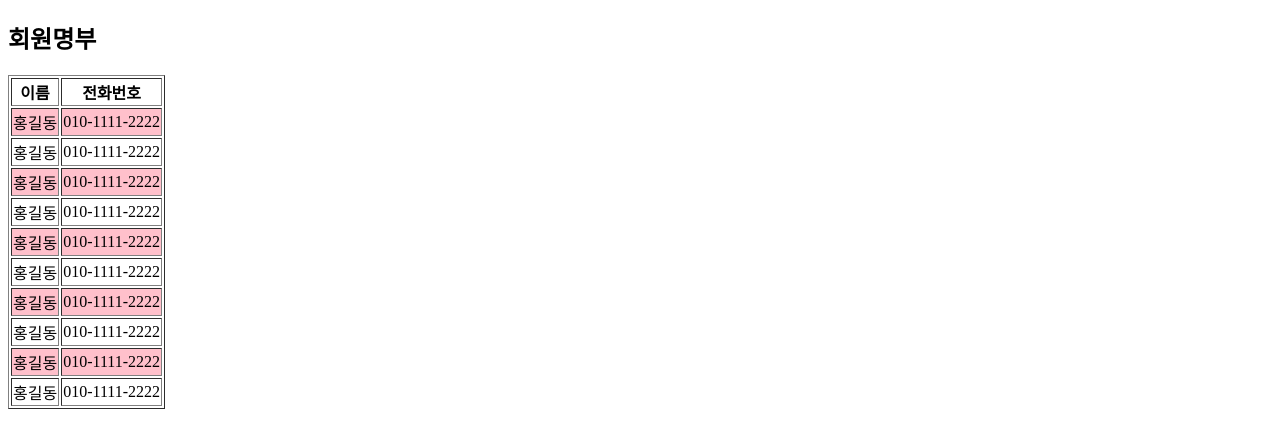
Repository: dhfkdlxm/Lecture-Web
Page: Lecture-Web/WebContent/jquery/exam04.html
The author's editor kept a copy of each file at every save. The page is drawn from the files as they stood at one save, then again after the next save.
The browser window is 1280 px wide. The pictures show the whole page.

Above is the page before, as saved 2021-06-17 00:46:56.

### Lecture-Web/WebContent/jquery/exam04.html
<!DOCTYPE html>
<html>
<head>
<meta charset="UTF-8">
<title>Insert title here</title>
<script type="text/javascript" src="js/jquery-3.6.0.min.js"></script>
<script type="text/javascript">
	$(document).ready(function() {
		alert('!!!')
		//		$('tr').css('background-color', 'yellow')
		//		$('tr:even').css('background-color', 'yellow') // 짝수만!
		$('tr:odd').css('background-color', 'pink') // 홀수만!
		//짝수번째 애들에게 배경색을 주고싶다. : css에서 n-th child 로 진행
		//CSS 우선순위 순서 inline >> css !important
		// h1 #h01 .h01 h2.h01
		//css우선순위! id >> class >> tag

		$('h2').mouseenter()

	})
</script>
</head>
<body>
	<h2>회원명부</h2>
	<table border="1">
		<tr>
			<th>이름</th>
			<th>전화번호</th>
		</tr>
		<tr>
			<td>홍길동</td>
			<td>010-1111-2222</td>
		</tr>
		<tr>
			<td>홍길동</td>
			<td>010-1111-2222</td>
		</tr>
		<tr>
			<td>홍길동</td>
			<td>010-1111-2222</td>
		</tr>
		<tr>
			<td>홍길동</td>
			<td>010-1111-2222</td>
		</tr>
		<tr>
			<td>홍길동</td>
			<td>010-1111-2222</td>
		</tr>
		<tr>
			<td>홍길동</td>
			<td>010-1111-2222</td>
		</tr>
		<tr>
			<td>홍길동</td>
			<td>010-1111-2222</td>
		</tr>
		<tr>
			<td>홍길동</td>
			<td>010-1111-2222</td>
		</tr>
		<tr>
			<td>홍길동</td>
			<td>010-1111-2222</td>
		</tr>
		<tr>
			<td>홍길동</td>
			<td>010-1111-2222</td>
		</tr>


	</table>


</body>
</html>

Loaded but not shown: Lecture-Web/WebContent/jquery/js/jquery-3.6.0.min.js (library)

After the next save:
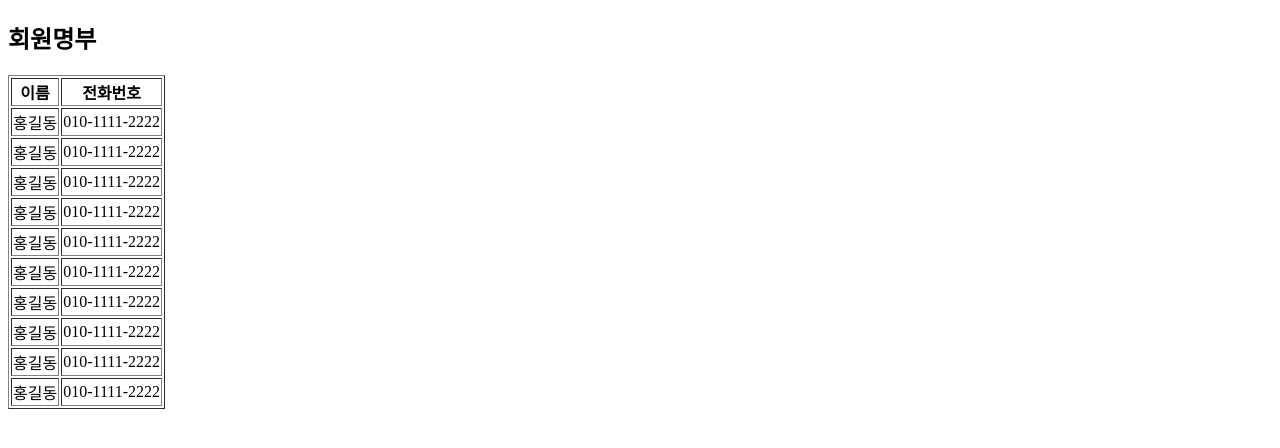
Console error: SyntaxError: Unexpected token ')'
Saved 10 s later.
--- a/Lecture-Web/WebContent/jquery/exam04.html
+++ b/Lecture-Web/WebContent/jquery/exam04.html
@@ -15,7 +15,7 @@
 		// h1 #h01 .h01 h2.h01
 		//css우선순위! id >> class >> tag
 
-		$('h2').mouseenter()
+		$('h2').mouseenter(function)
 
 	})
 </script>

After the save that followed:
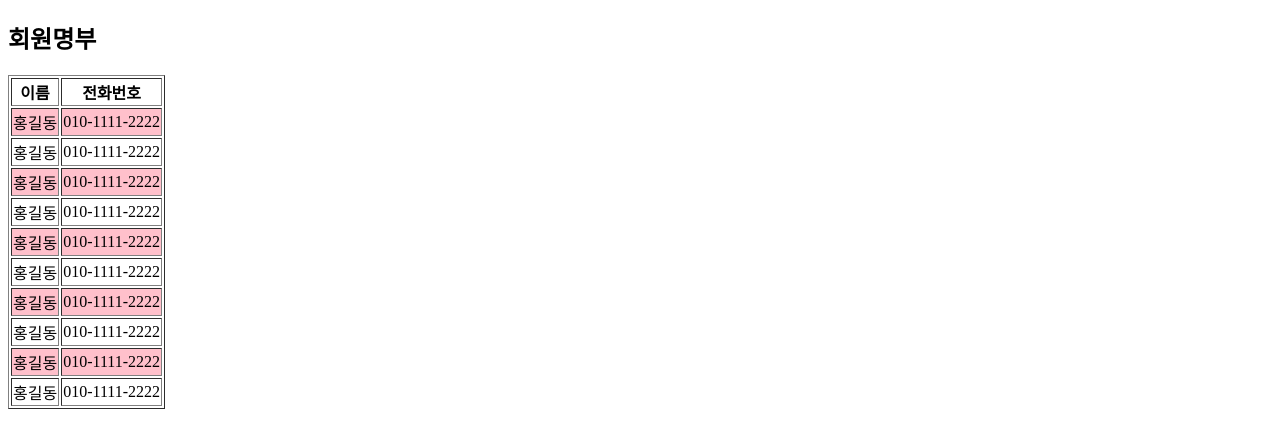
The error is gone.
Saved 22 s later.
--- a/Lecture-Web/WebContent/jquery/exam04.html
+++ b/Lecture-Web/WebContent/jquery/exam04.html
@@ -15,7 +15,9 @@
 		// h1 #h01 .h01 h2.h01
 		//css우선순위! id >> class >> tag
 
-		$('h2').mouseenter(function)
+		$('h2').mouseenter(function() {
+			$(this).css('background-color', 'pink')
+		})
 
 	})
 </script>
